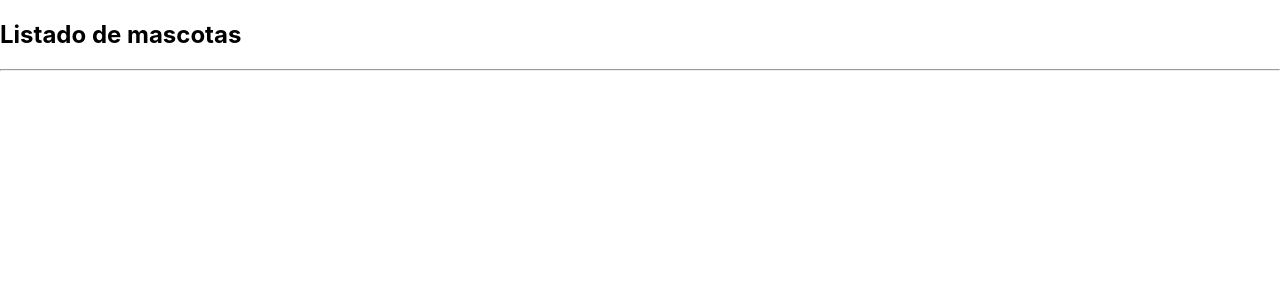
Repository: cflorido/Pre-parcial
Page: /
The author's editor kept a copy of each file at every save. The page is drawn from the files as they stood at one save, then again after the next save.
The browser window is 1280 px wide. The pictures show the whole page.
The page's requests for data from a server got no answer. The project was rebuilt for these pictures with package versions that can differ from the ones it lists, and the page was loaded fresh each time. No one was signed in, and anything a server would have sent is missing. Also part of the build but not shown: src/App.css, src/App.js, src/edificio.js.

Above is the page before, as saved 2025-03-13 18:02:41.

After the next save:
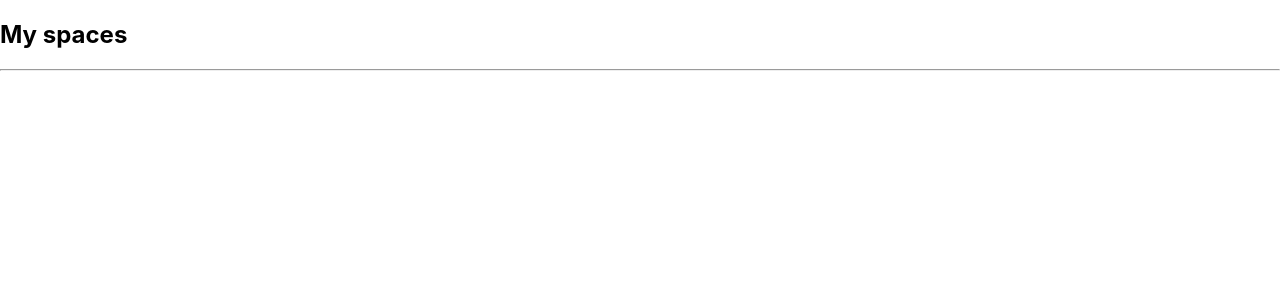
Saved 32 s later.
--- a/src/componentes.js
+++ b/src/componentes.js
@@ -20,7 +20,7 @@ export default function Componentes() {
 
     return (
         <div className="container">
-        <h2 className="mt-2">Listado de mascotas</h2>
+        <h2 className="mt-2">My spaces</h2>
         <hr></hr>
         <Col>
           {edificios.map((edificio) => (
